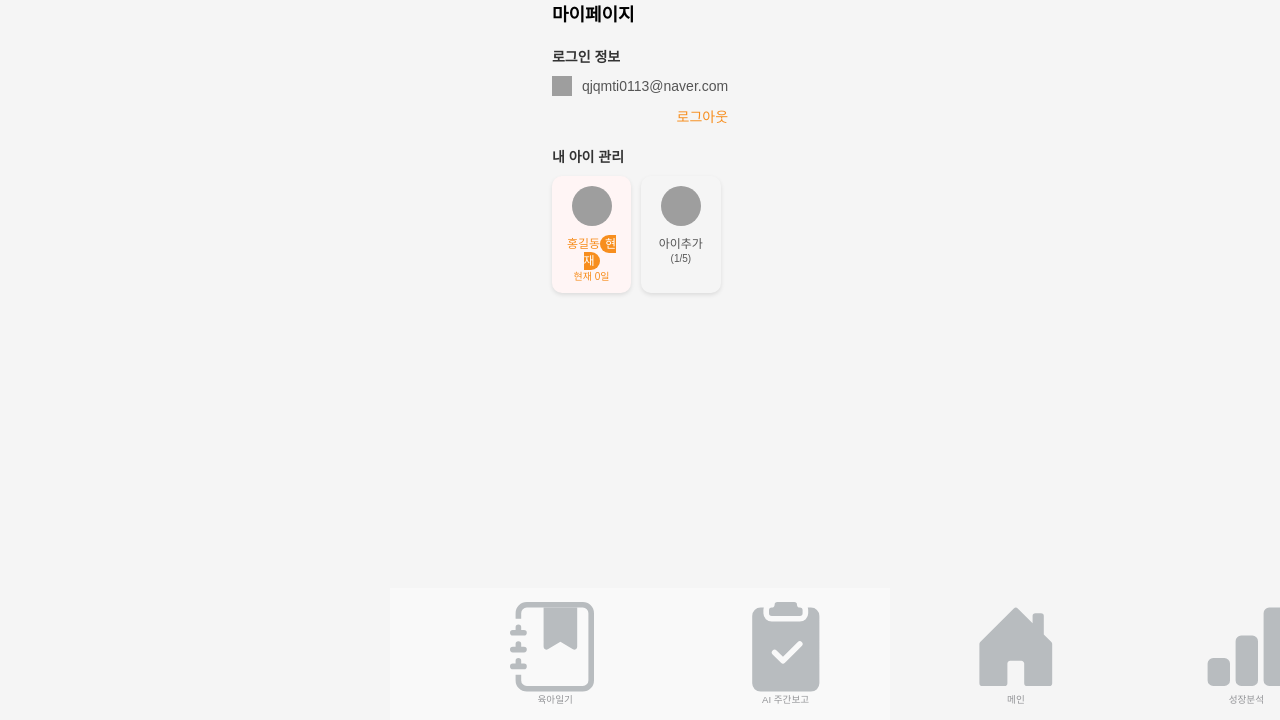
Repository: fromBirth/frombirth-frontend
Page: /mypage
The author's editor kept a copy of each file at every save. The page is drawn from the files as they stood at one save, then again after the next save.
The browser window is 1280 px wide. The pictures show the whole page.
Pictures or frames that could not be fetched are drawn as grey boxes. Some web fonts or font styles are not loaded; a fallback is used. The project was rebuilt for these pictures with package versions that can differ from the ones it lists, and the page was loaded fresh each time. Also part of the build but not shown: vite.config.js.

Above is the page before, as saved 2024-10-30 12:40:38.

### index.html
<!doctype html>
<html lang="en">
  <head>
    <meta charset="UTF-8" />
    <link rel="icon" type="image/svg+xml" href="/fromBirthIcon" />
    <meta name="viewport" content="width=device-width, initial-scale=1.0" />
    <script src="https://t1.kakaocdn.net/kakao_js_sdk/2.7.2/kakao.min.js" integrity="sha384-TiCUE00h649CAMonG018J2ujOgDKW/kVWlChEuu4jK2vxfAAD0eZxzCKakxg55G4" crossorigin="anonymous"></script>
    <title>fromBirth</title>
  </head>
  <body>
    <div id="root"></div>
    <script type="module" src="/src/main.jsx"></script>
  </body>
</html>

### src/main.jsx
/* src/main.jsx */

// StrictMode와 createRoot 함수를 React에서 import
import { StrictMode } from 'react'
import { createRoot } from 'react-dom/client'
// 애플리케이션의 메인 컴포넌트인 App을 import
import App from './App.jsx'

// React 애플리케이션의 루트 DOM 요소에 App 컴포넌트를 렌더링
createRoot(document.getElementById('root')).render(
  <StrictMode>
    <App />
  </StrictMode>,
)

### src/App.jsx
/* src/App.jsx */

// 전체 애플리케이션에 라우팅 기능을 제공하는 BrowserRouter를 import
import { BrowserRouter as Router } from 'react-router-dom';
// 전역적으로 인증 상태를 관리하기 위해 AuthProvider를 import
import { AuthProvider } from './contexts/AuthContext';
// 애플리케이션의 전체 라우팅 구성을 위한 AppRouter를 import
import AppRouter from './routes/AppRouter'; // 라우팅 설정을 불러옴

// App 컴포넌트는 애플리케이션의 최상위 컴포넌트로, 인증과 라우팅을 관리
function App() {
    return (
        <AuthProvider>  {/* 인증 컨텍스트 제공 */}
            <Router>  {/* 라우팅 제공 */}
                <AppRouter /> {/* 전체 라우팅 설정 */}
            </Router>
        </AuthProvider>
    );
}

// App 컴포넌트를 기본으로 내보내기
export default App;

### src/contexts/AuthContext.jsx
/* src/contexts/AuthContext.jsx */

import { createContext, useState } from 'react';

// Context 생성
export const AuthContext = createContext();

// Context Provider 컴포넌트
export const AuthProvider = ({ children }) => {
    const [isAuthenticated, setIsAuthenticated] = useState(false);

    // 로그인/로그아웃 상태 변경 함수
    const toggleAuth = () => {
        setIsAuthenticated(!isAuthenticated);
    };

    return (
        <AuthContext.Provider value={{ isAuthenticated, toggleAuth }}>
            {children}
        </AuthContext.Provider>
    );
};

### src/routes/AppRouter.jsx
/* src/routes/AppRouter.jsx */

// React Router의 Routes와 Route 컴포넌트를 사용해 라우팅 구성
import { Routes, Route, Navigate } from 'react-router-dom';
// React에서 컴포넌트를 동적 로딩할 수 있도록 Suspense와 lazy를 사용
import { Suspense, lazy } from 'react';
// PATHS 객체를 import하여 경로를 상수로 관리
import { PATHS } from './paths';
// 전체 레이아웃 컴포넌트로, 로그인이 필요한 페이지의 공통 레이아웃으로 사용
import Layout from '../components/common/Layout.jsx';
// 스피너 컴포넌트 import
import Spinner from '../components/common/Spinner.jsx';
// 전역 스타일 파일을 import하여 스타일 적용
import '/src/assets/styles/common.css';

// React.lazy를 사용하여 동적 import로 각 페이지를 로딩하여 초기 로딩 속도 최적화
const Login = lazy(() => import('../components/login/Login.jsx'));
const Dashboard = lazy(() => import('../components/dashboard/Dashboard.jsx'));
const BabyDiary = lazy(() => import('../components/baby-diary/BabyDiary.jsx'));
const DiaryList = lazy(() => import('../components/baby-diary/DiaryList.jsx'));
const DiaryListPhoto = lazy(() => import('../components/baby-diary/DiaryListPhoto.jsx'));
const DiaryRegister = lazy(() => import('../components/baby-diary/DiaryRegister.jsx'));
const DiaryDetail = lazy(() => import('../components/baby-diary/DiaryDetail.jsx'));
const WeeklyReport = lazy(() => import('../components/weekly-report/WeeklyReport.jsx'));
const GrowthAnalysis = lazy(() => import('../components/growth-analysis/GrowthAnalysis.jsx'));
const MyPage = lazy(() => import('../components/my-page/MyPage.jsx'));
const ChildRegister = lazy(() => import('../components/my-page/ChildRegister.jsx'));

function AppRouter() {
    return (
        // Suspense로 동적 로딩 중 스피너 화면 표시
        <Suspense fallback={<Spinner />}>
            <Routes>
                {/* 로그인 페이지 */}
                <Route path={PATHS.LOGIN} element={<Login />} />

                {/* 기본 경로에서 메인 대시보드 화면으로 리다이렉트 */}
                <Route path="/" element={<Navigate to={PATHS.DASHBOARD} />} />

                {/* Layout 컴포넌트를 상위 요소로 하여 로그인이 필요한 페이지 구성 */}
                <Route element={<Layout />}>
                    {/* 메인 대시보드 페이지 */}
                    <Route path={PATHS.DASHBOARD} element={<Dashboard />} />

                    {/* BabyDiary 관련 페이지 */}
                    <Route path={PATHS.BABY_DIARY} element={<BabyDiary />} />
                    <Route path={PATHS.DIARY_LIST} element={<DiaryList />} />
                    <Route path={PATHS.DIARY_LIST_PHOTO} element={<DiaryListPhoto />} />
                    <Route path={PATHS.DIARY_REGISTER} element={<DiaryRegister />} />
                    <Route path={PATHS.DIARY_DETAIL} element={<DiaryDetail />} />

                    {/* WeeklyReport 페이지 */}
                    <Route path={PATHS.WEEKLY_REPORT} element={<WeeklyReport />} />

                    {/* GrowthAnalysis 페이지 */}
                    <Route path={PATHS.GROWTH_ANALYSIS} element={<GrowthAnalysis />} />

                    {/* MyPage 관련 페이지 */}
                    <Route path={PATHS.MY_PAGE} element={<MyPage />} />
                    <Route path={PATHS.CHILD_REGISTER} element={<ChildRegister />} />
                </Route>
            </Routes>
        </Suspense>
    );
}

export default AppRouter;

### src/routes/paths.js
/* src/routes/paths.js */

// PATHS 객체는 애플리케이션에서 사용하는 주요 라우트 경로를 상수로 관리
// 경로가 변경되더라도 이 파일만 수정하면 모든 라우트에 반영되어 유지보수가 용이해짐
export const PATHS = {

    // 로그인 페이지 경로
    LOGIN: "/login",

    // 메인 페이지 경로
    MAIN: "/main",

    // 육아 일기 섹션 경로들
    BABY_DIARY: "/babydiary",               // 육아 일기 메인 경로
    DIARY_LIST: "/babydiary/list",          // 일기 목록 페이지 경로
    DIARY_LIST_PHOTO: "/babydiary/listphoto", // 사진으로 보는 일기 목록 경로
    DIARY_REGISTER: "/babydiary/register",  // 일기 작성 페이지 경로
    DIARY_DETAIL: "/babydiary/detail",      // 일기 상세 페이지 경로

    // AI주간보고 페이지 경로
    WEEKLY_REPORT: "/weeklyreport",

    // 성장 분석 페이지 경로
    GROWTH_ANALYSIS: "/growthanalysis",

    // 내정보 섹션 경로들
    MY_PAGE: "/mypage",                     // 마이페이지 메인 경로
    CHILD_REGISTER: "/mypage/register",     // 아이 등록 페이지 경로
};

### src/components/common/Layout.jsx
/* src/components/Layout.jsx */

import { Link, Outlet, useLocation } from 'react-router-dom';
import { useState, useEffect } from 'react';
import '/src/assets/styles/layout.css';

function Layout() {

    const location = useLocation();
    const [activePath, setActivePath] = useState(location.pathname);

    // 라우터 변경 시 활성화 상태 업데이트
    useEffect(() => {
        setActivePath(location.pathname);
    }, [location]);

    return (
        <div className="layout">

            {/* 🔴 페이지 컨텐츠 */}
        <div className="container">
                <Outlet /> {/* 자식 페이지들이 이곳에 렌더링됩니다. */}
            </div>

            {/* 🔴 푸터 */}
            <footer className="footer">
                <nav className={"footer-nav"}>
                    <Link to="/babydiary" >
                        <div className={`nav-item ${activePath === '/babydiary' ? 'btn-active' : ''}`}>
                            <svg xmlns="http://www.w3.org/2000/svg" style={{ fill: activePath === '/babydiary' ? 'var(--logo-color)' : 'var(--menu-symbol-color)' }}
                                className="bi bi-journal-bookmark-fill" viewBox="0 0 16 16">
                                <path fillRule="evenodd"
                                    d="M6 1h6v7a.5.5 0 0 1-.757.429L9 7.083 6.757 8.43A.5.5 0 0 1 6 8z" />
                                <path
                                    d="M3 0h10a2 2 0 0 1 2 2v12a2 2 0 0 1-2 2H3a2 2 0 0 1-2-2v-1h1v1a1 1 0 0 0 1 1h10a1 1 0 0 0 1-1V2a1 1 0 0 0-1-1H3a1 1 0 0 0-1 1v1H1V2a2 2 0 0 1 2-2" />
                                <path
                                    d="M1 5v-.5a.5.5 0 0 1 1 0V5h.5a.5.5 0 0 1 0 1h-2a.5.5 0 0 1 0-1zm0 3v-.5a.5.5 0 0 1 1 0V8h.5a.5.5 0 0 1 0 1h-2a.5.5 0 0 1 0-1zm0 3v-.5a.5.5 0 0 1 1 0v.5h.5a.5.5 0 0 1 0 1h-2a.5.5 0 0 1 0-1z" />
                            </svg>
                            <span>육아일기</span>
                        </div>
                    </Link>
                    <Link to="/weeklyreport" >
                        <div className={`nav-item ${activePath === '/weeklyreport' ? 'btn-active' : ''}`}>
                            <svg xmlns="http://www.w3.org/2000/svg" style={{ fill: activePath === '/weeklyreport' ? 'var(--logo-color)' : 'var(--menu-symbol-color)' }}
                                className="bi bi-clipboard2-check-fill" viewBox="0 0 16 16">
                                <path
                                    d="M10 .5a.5.5 0 0 0-.5-.5h-3a.5.5 0 0 0-.5.5.5.5 0 0 1-.5.5.5.5 0 0 0-.5.5V2a.5.5 0 0 0 .5.5h5A.5.5 0 0 0 11 2v-.5a.5.5 0 0 0-.5-.5.5.5 0 0 1-.5-.5" />
                                <path
                                    d="M4.085 1H3.5A1.5 1.5 0 0 0 2 2.5v12A1.5 1.5 0 0 0 3.5 16h9a1.5 1.5 0 0 0 1.5-1.5v-12A1.5 1.5 0 0 0 12.5 1h-.585q.084.236.085.5V2a1.5 1.5 0 0 1-1.5 1.5h-5A1.5 1.5 0 0 1 4 2v-.5q.001-.264.085-.5m6.769 6.854-3 3a.5.5 0 0 1-.708 0l-1.5-1.5a.5.5 0 1 1 .708-.708L7.5 9.793l2.646-2.647a.5.5 0 0 1 .708.708" />
                            </svg>
                            <span>AI 주간보고</span>
                        </div>

                    </Link>
                    <Link to="/dashboard" >
                        <div className={`nav-item ${activePath === '/dashboard' ? 'btn-active' : ''}`}>
                            <svg xmlns="http://www.w3.org/2000/svg" style={{ fill: activePath === '/dashboard' ? 'var(--logo-color)' : 'var(--menu-symbol-color)' }}
                                className="bi bi-house-door-fill" viewBox="0 0 16 16">
                                <path
                                    d="M6.5 14.5v-3.505c0-.245.25-.495.5-.495h2c.25 0 .5.25.5.5v3.5a.5.5 0 0 0 .5.5h4a.5.5 0 0 0 .5-.5v-7a.5.5 0 0 0-.146-.354L13 5.793V2.5a.5.5 0 0 0-.5-.5h-1a.5.5 0 0 0-.5.5v1.293L8.354 1.146a.5.5 0 0 0-.708 0l-6 6A.5.5 0 0 0 1.5 7.5v7a.5.5 0 0 0 .5.5h4a.5.5 0 0 0 .5-.5" />
                            </svg>
                            <span>메인</span>
                        </div>

                    </Link>
                    <Link to="/growthanalysis" >
                        <div className={`nav-item ${activePath === '/growthanalysis' ? 'btn-active' : ''}`}>
                            <svg xmlns="http://www.w3.org/2000/svg" style={{ fill: activePath === '/growthanalysis' ? 'var(--logo-color)' : 'var(--menu-symbol-color)' }}
                                className="bi bi-bar-chart-fill" viewBox="0 0 16 16">
                                <path
                                    d="M1 11a1 1 0 0 1 1-1h2a1 1 0 0 1 1 1v3a1 1 0 0 1-1 1H2a1 1 0 0 1-1-1zm5-4a1 1 0 0 1 1-1h2a1 1 0 0 1 1 1v7a1 1 0 0 1-1 1H7a1 1 0 0 1-1-1zm5-5a1 1 0 0 1 1-1h2a1 1 0 0 1 1 1v12a1 1 0 0 1-1 1h-2a1 1 0 0 1-1-1z" />
                            </svg>
                            <span>성장분석</span>
                        </div>

                    </Link>
                    <Link to="/mypage" >
                        <div className={`nav-item ${activePath === '/mypage' ? 'btn-active' : ''}`}>
                            <svg xmlns="http://www.w3.org/2000/svg" style={{ fill: activePath === '/mypage' ? 'var(--logo-color)' : 'var(--menu-symbol-color)' }}
                                className="bi bi-person-fill" viewBox="0 0 16 16">
                                <path d="M3 14s-1 0-1-1 1-4 6-4 6 3 6 4-1 1-1 1zm5-6a3 3 0 1 0 0-6 3 3 0 0 0 0 6" />
                            </svg>
                            <span>내정보</span>
                        </div>
                    </Link>
                </nav>
            </footer>
        </div>
    );
}

export default Layout;

### src/components/common/Spinner.jsx
/* src/components/Spinner.jsx */

const Spinner = () => {
    return (
        <div className="spinner-overlay">
            <div className="spinner"></div>
        </div>
    );
};

export default Spinner;

### src/assets/styles/common.css
/* src/assets/styles/common.css */

/* 🔴 폰트 설정 */
@font-face { font-family: 'Pretendard'; font-weight: 100; font-style: normal; src: url('https://cdn.jsdelivr.net/gh/webfontworld/pretendard/Pretendard-Thin.woff') format('woff'); font-display: swap; }
@font-face { font-family: 'Pretendard'; font-weight: 200; font-style: normal; src: url('https://cdn.jsdelivr.net/gh/webfontworld/pretendard/Pretendard-ExtraLight.woff') format('woff'); font-display: swap; }
@font-face { font-family: 'Pretendard'; font-weight: 300; font-style: normal; src: url('https://cdn.jsdelivr.net/gh/webfontworld/pretendard/Pretendard-Light.woff') format('woff'); font-display: swap; }
@font-face { font-family: 'Pretendard'; font-weight: 400; font-style: normal; src: url('https://cdn.jsdelivr.net/gh/webfontworld/pretendard/Pretendard-Regular.woff') format('woff'); font-display: swap; }
@font-face { font-family: 'Pretendard'; font-weight: 500; font-style: normal; src: url('https://cdn.jsdelivr.net/gh/webfontworld/pretendard/Pretendard-Medium.woff') format('woff'); font-display: swap; }
@font-face { font-family: 'Pretendard'; font-weight: 600; font-style: normal; src: url('https://cdn.jsdelivr.net/gh/webfontworld/pretendard/Pretendard-SemiBold.woff') format('woff'); font-display: swap; }
@font-face { font-family: 'Pretendard'; font-weight: 700; font-style: normal; src: url('https://cdn.jsdelivr.net/gh/webfontworld/pretendard/Pretendard-Bold.woff') format('woff'); font-display: swap; }
@font-face { font-family: 'Pretendard'; font-weight: 800; font-style: normal; src: url('https://cdn.jsdelivr.net/gh/webfontworld/pretendard/Pretendard-ExtraBold.woff') format('woff'); font-display: swap; }
@font-face { font-family: 'Pretendard'; font-weight: 900; font-style: normal; src: url('https://cdn.jsdelivr.net/gh/webfontworld/pretendard/Pretendard-Black.woff') format('woff'); font-display: swap; }
/* HakgyoansimDunggeunmisoTTF 폰트 설정 (로컬 파일) */
@font-face { font-family: 'HakgyoansimDunggeunmisoTTF-B'; src: url('/src/assets/fonts/Hakgyoansim-Dunggeunmiso-TTF-B.ttf') format('truetype'); font-weight: normal; font-style: normal; }
@font-face { font-family: 'HakgyoansimDunggeunmisoTTF-R'; src: url('/src/assets/fonts/Hakgyoansim-Dunggeunmiso-TTF-R.ttf') format('truetype'); font-weight: normal; font-style: normal; }

/* 🔴 css 초기화 설정 */
html, body { font-family: "Pretendard", sans-serif; height: 100%; margin: 0; padding: 0; }
body { display: flex; justify-content: center; align-items: center; min-height: 100vh; margin: 0; background-color: #f5f5f5; }
* { margin: 0; padding: 0; box-sizing: border-box; }
a { text-decoration: none; color: black; }
ul, li, ol, dl, dd { list-style: none; margin: 0; }
img { max-width: 100%; height: auto; border: 0; }
table { border-collapse: collapse; border-spacing: 0; }
td, th { padding: 0; }
input[type="checkbox"] { cursor: pointer; }
button { appearance: none; border: 0; background: transparent; font: inherit; outline: none; cursor: pointer; }
button:disabled { cursor: default; }
label { margin: 0; font-weight: normal; }
p { margin: 0; }
input::placeholder { color: #888; }

/* 🔴 색상 등 전역 변수 설정 */
:root { --logo-color: #FF893C; --button-disabled-color: #E6E9F0; --menu-symbol-color: #B8BCBF; --menu-text-color: #949598; --background-color: #F4F7FC; }

/* 🔴 루트 컨테이너 크기 설정 */
#root { height: 100vh; width: 100vw; }

/* 🔴 로딩 스피너 */
.spinner-overlay { position: fixed; top: 0; left: 0; width: 100vw; height: 100vh; display: flex; justify-content: center; align-items: center; background: rgba(255, 255, 255, 0.8); z-index: 1000; }
.spinner { width: 40px; height: 40px; border: 5px solid rgba(0, 0, 0, 0.1); border-top-color: #3498db; border-radius: 50%; animation: spin 1s linear infinite; }
@keyframes spin { to { transform: rotate(360deg); }
 }

### src/components/my-page/MyPage.jsx
import React from 'react';
import './MyPage.css';

const MyPage = () => {
    return (
        <div className="container">
            <div className="header">마이페이지</div>

            <div className="login-info">
                <h3>로그인 정보</h3>
                <div className="email">
                    <img src="email-icon.png" alt="Email Icon" />
                    <span>qjqmti0113@naver.com</span>
                </div>
                <div className="logout">로그아웃</div>
            </div>

            <div className="child-management">
                <h3>내 아이 관리</h3>
                <div className="child-cards">
                    <div className="child-card active-child">
                        <img src="child1.png" alt="Child Image" />
                        <div>
                            홍길동
                            <span style={{ backgroundColor: '#f78e1e', color: 'white', borderRadius: '10px', padding: '2px 5px' }}>현재</span>
                        </div>
                        <small>현재 0일</small>
                    </div>
                    <div className="child-card">
                        <img src="add-child.png" alt="Add Child" />
                        <div>아이추가</div>
                        <small>(1/5)</small>
                    </div>
                </div>
            </div>
        </div>
    );
};

export default MyPage;

### src/assets/styles/layout.css
/* src/assets/styles/layout.css */

/* 레이아웃 */
.layout { display: flex; flex-direction: column; min-height: 100vh; width: 100vw; align-items: center; }

 /* 콘텐츠 영역 */
.content { flex-grow: 1; width: 100%; max-width: 500px; margin: 0 auto; padding: 0 16px; overflow-y: auto; padding-bottom: 60px;}

/* 중앙 컨테이너 스타일 */
.layout .content .container { background-color: white; width: 90%; max-width: 400px; padding: 20px; border-radius: 10px; box-shadow: 0 4px 8px rgba(0, 0, 0, 0.1); margin: 0 auto; }

/* 헤더 스타일 */
.layout .content .container .header { display: flex; align-items: center; gap: 10px; margin-bottom: 20px; }
.layout .content .container .header .profile-image { width: 40px; height: 40px; border-radius: 50%; background-color: #f0e68c; }
.layout .content .container .header .header-title { font-size: 18px; }
.layout .content .container .header .header-dropdown { font-size: 14px; color: gray; }

/* footer */
.layout .footer { background-color: #F9F9F9; text-align: center; display: flex; justify-content: center; width: 100%; max-width: 500px; margin: 0 auto; position: fixed; bottom: 0;  }
.layout .footer .footer-nav { display: flex; justify-content: space-around; width: 100%; max-width: 400px; }
.layout .footer .footer-nav .nav-item { display: flex; flex-direction: column; justify-content: center; color: #949598; font-size: 0.6em; min-width: 12vw; margin: 1vh 3vw; padding: 1vh 1vw; }
.layout .footer .footer-nav .nav-item.btn-active { background-color: #FE8A3C1F; color: #FF893C; border-radius:9px; }
.layout .footer .footer-nav .nav-item svg { margin: auto; width: 7vw; }

### src/components/my-page/MyPage.css
.header { font-size: 18px; font-weight: bold; margin-bottom: 20px; }

.login-info, .child-management { margin-bottom: 20px; }

.login-info h3, .child-management h3 { font-size: 14px; color: #333; margin-bottom: 10px; }

.email { display: flex; align-items: center; font-size: 14px; color: #555; margin-bottom: 10px; }

.email img { width: 20px; height: 20px; margin-right: 10px; }

.logout { font-size: 14px; color: #f78e1e; text-align: right; cursor: pointer; }

.child-cards { display: flex; gap: 10px; }

.child-card { width: 45%; padding: 10px; text-align: center; font-size: 12px; color: #555; border-radius: 10px; box-shadow: 0 2px 4px rgba(0, 0, 0, 0.1); }

.child-card img { width: 40px; height: 40px; border-radius: 50%; margin-bottom: 5px; }

.active-child { background-color: #fff5f5; color: #f78e1e; }

After the next save:
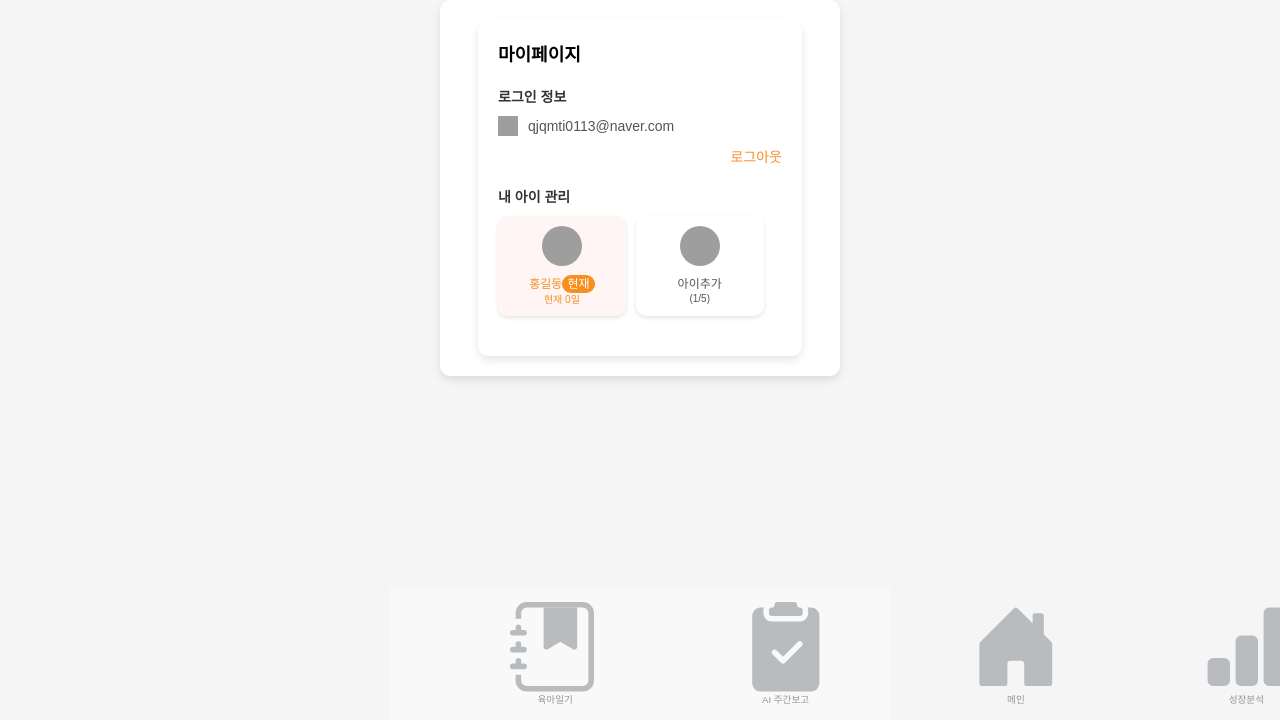
Saved 18 s later.
--- a/src/assets/styles/layout.css
+++ b/src/assets/styles/layout.css
@@ -7,7 +7,7 @@
 .content { flex-grow: 1; width: 100%; max-width: 500px; margin: 0 auto; padding: 0 16px; overflow-y: auto; padding-bottom: 60px;}
 
 /* 중앙 컨테이너 스타일 */
-.layout .content .container { background-color: white; width: 90%; max-width: 400px; padding: 20px; border-radius: 10px; box-shadow: 0 4px 8px rgba(0, 0, 0, 0.1); margin: 0 auto; }
+.layout .container { background-color: white; width: 90%; max-width: 400px; padding: 20px; border-radius: 10px; box-shadow: 0 4px 8px rgba(0, 0, 0, 0.1); margin: 0 auto; }
 
 /* 헤더 스타일 */
 .layout .content .container .header { display: flex; align-items: center; gap: 10px; margin-bottom: 20px; }
